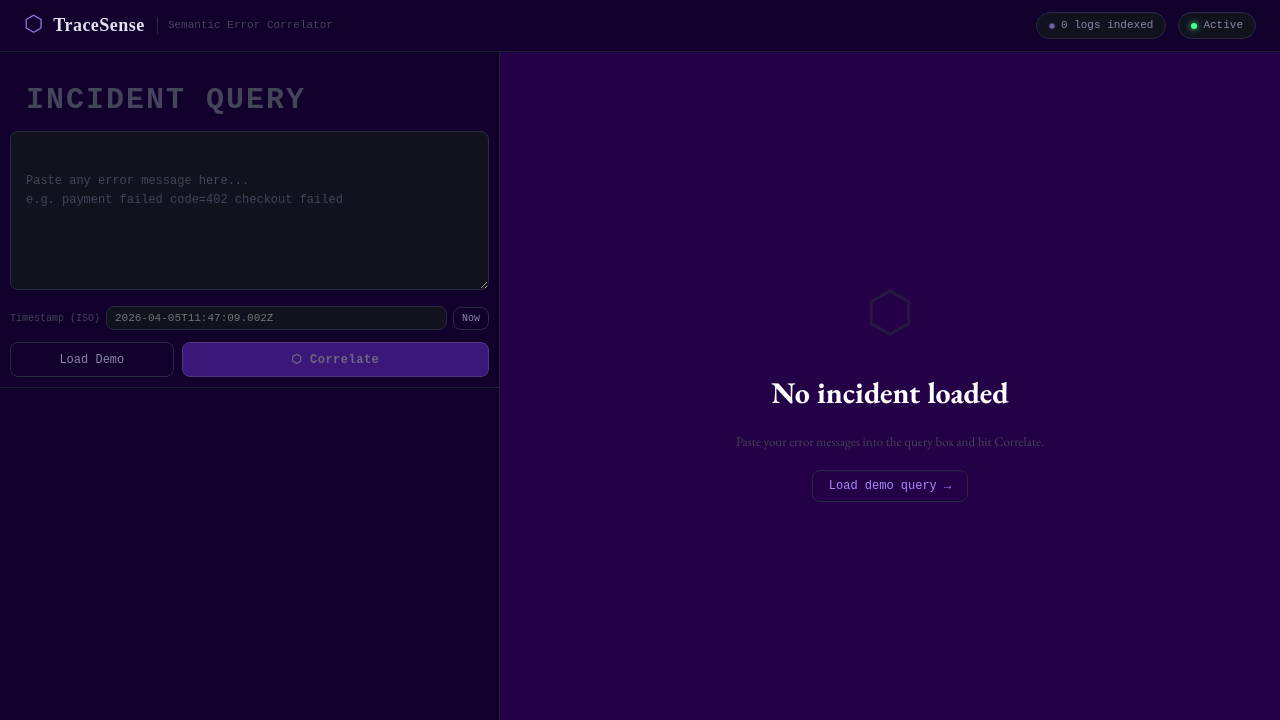
Repository: SaranyaM15/AI_Engineer_Journey
Page: / (app in tracesense/frontend/)
An editor plug-in stored every save of this project. The page is shown before and after the next save, followed by the edit.
The browser window is 1280 px wide. The pictures show the whole page.
The page's requests for data from a server got no answer. Some web fonts or font styles are not loaded; a fallback is used. The project was rebuilt for these pictures with package versions that can differ from the ones it lists, and the page was loaded fresh each time. No one was signed in, and anything a server would have sent is missing. Also part of the build but not shown: tracesense/frontend/vite.config.js, tracesense/frontend/src/components/Timeline.jsx, tracesense/frontend/src/components/LogFeed.jsx.

Above is the page before, as saved 2026-04-05 19:12:05.

After the next save:
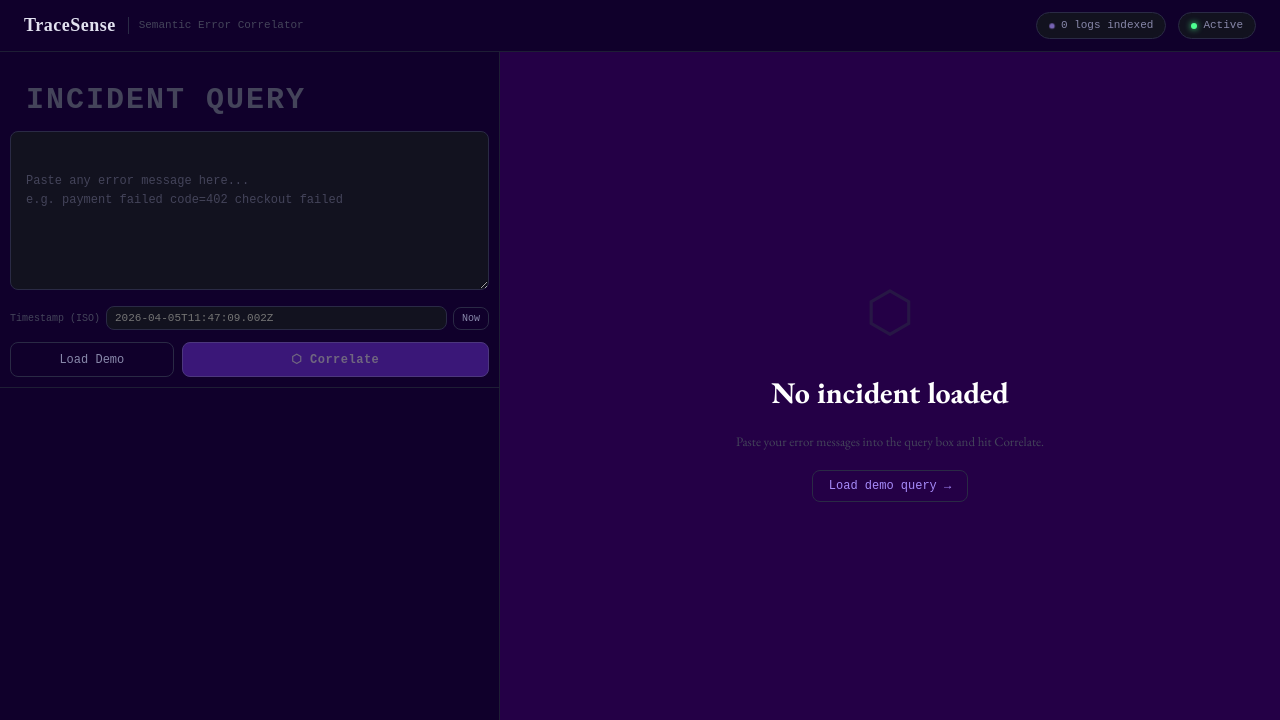
Saved 54 s later.
--- a/tracesense/frontend/src/App.jsx
+++ b/tracesense/frontend/src/App.jsx
@@ -62,7 +62,7 @@ export default function App() {
       {/* Top Bar */}
       <header className="topbar">
         <div className="topbar-left">
-          <span className="logo-icon">⬡</span>
+
           <span className="logo-text">TraceSense</span>
           <span className="logo-sub">Semantic Error Correlator</span>
         </div>
